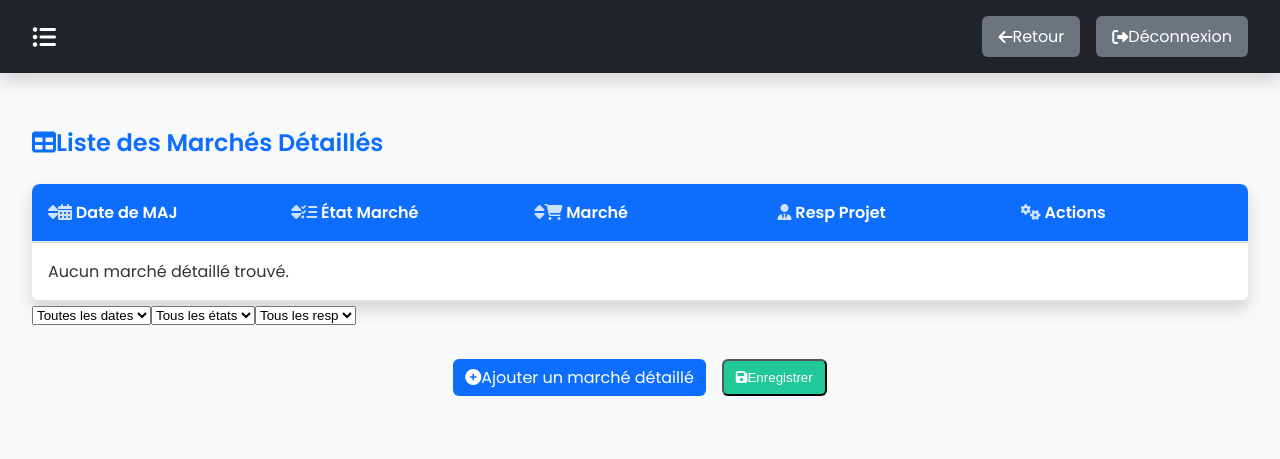
Repository: Andriatiana669/Retour_XP
Page: dashboard/templates/dashboard/liste_marche.html
An editor plug-in stored every save of this project. The page is shown before and after the next save, followed by the edit.
The browser window is 1280 px wide. The pictures show the whole page.
The page is served by the project's application, run on Django 5.2 (manage.py). The template is opened directly, without the code that normally fills it, so the values that code supplies are empty.

Above is the page before, as saved 2026-01-07 14:44:08.

After the next save:
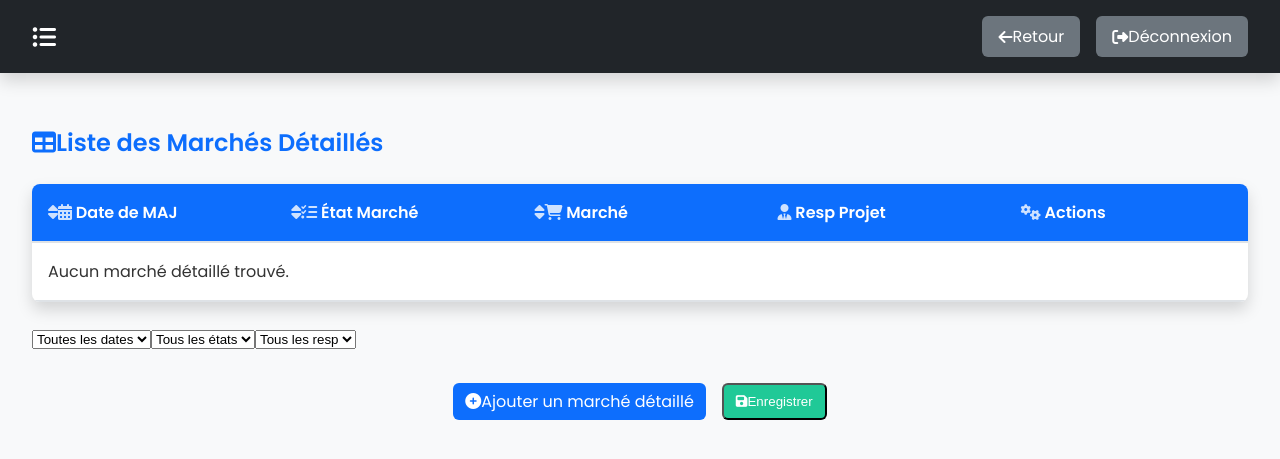
Saved 4 min 27 s later.
--- a/dashboard/static/dashboard/css/liste_marche.css
+++ b/dashboard/static/dashboard/css/liste_marche.css
@@ -176,6 +176,37 @@ main h2 {
     cursor: pointer;
 }
 
+#filtersBar {
+  display: flex;
+  flex-wrap: wrap;
+  gap: 1rem;              /* espace HORIZONTAL entre filtres */
+  margin-bottom: 1.5rem;  /* espace VERTICAL avant le tableau */
+  align-items: center;
+}
+
+#filtersBar .filter-label {
+  font-weight: 600;
+  color: var(--dark-color, #212529);
+  font-size: .9rem;
+  white-space: nowrap;
+}
+
+#filtersBar select {
+  min-width: 180px;
+  font-size: .85rem;
+  padding: .35rem .5rem;
+  border: 1px solid var(--border-color, #ced4da);
+  border-radius: .25rem;
+  background: #fff;
+  transition: border-color .2s, box-shadow .2s;
+}
+
+#filtersBar select:focus {
+  border-color: var(--primary-color, #0d6efd);
+  box-shadow: 0 0 0 .15rem rgba(13,110,253,.25);
+  outline: none;
+}
+
 /* ===== RESPONSIVE ===== */
 @media (max-width: 768px) {
     .marches-table {
